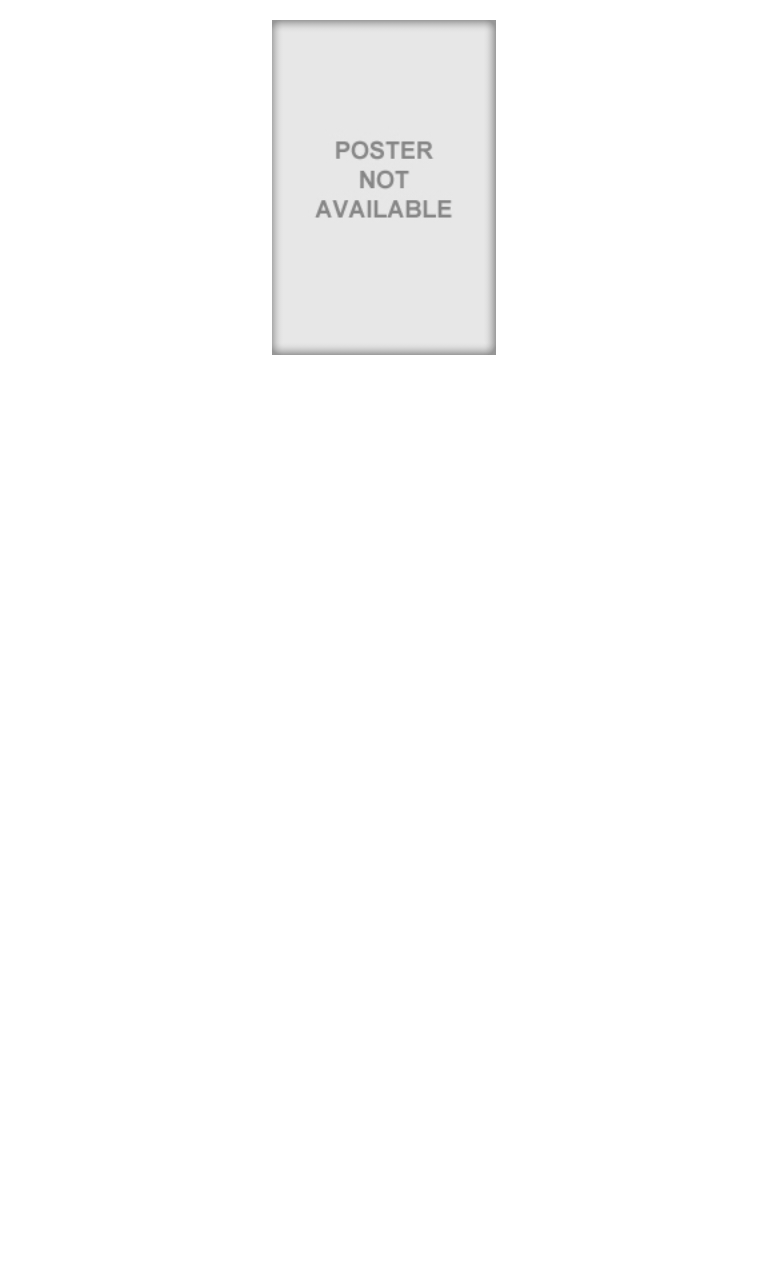
Repository: STracker/STrackerAndroid
Layout: STracker/res/layout/activity_tvshow.xml
These files come from the project's save history. The layout is drawn as it stood at one moment and after the next save; the edit follows.
It is drawn on a 768 x 1280 px phone screen (xhdpi) without system bars, with theme AppTheme; the app's code is not run.

Above is the layout before, as saved 2013-05-26 13:40:06.

### STracker/res/layout/activity_tvshow.xml
<?xml version="1.0" encoding="utf-8"?>
<LinearLayout xmlns:android="http://schemas.android.com/apk/res/android"
    android:layout_width="match_parent"
    android:layout_height="match_parent"
    android:orientation="vertical" >

    <ImageView
        android:id="@+id/imageView1"
        android:layout_width="wrap_content"
        android:layout_height="wrap_content"
        android:layout_gravity="center"
        android:layout_marginTop="10dp"
        android:contentDescription="@string/poster_desc"
        android:src="@drawable/img_no_poster" />

</LinearLayout>

### STracker/res/values/strings.xml
<?xml version="1.0" encoding="utf-8"?>
<resources>
    <string name="app_name">STracker</string>
    <string name="search_hint">Search Series</string>
	<string name="next_episode">Next Episodes</string>
	<string name="start_btn">Serie Request!</string>
	<string name="async_task">Serie Information</string>

	<!-- Information about TvShow -->
	<string name="serie_name">Name: </string>
	<string name="serie_desc">Description: </string>
	<string name="serie_runtime">Runtime: </string>
	<string name="serie_airday">Airday: </string>
	<string name="serie_genres">Genres: </string>
	<string name="serie_rating">Rating: </string>
	<string name="poster_desc">Poster</string>

	<!-- Menu Items -->
	<string name="action_profile">Profile</string>
	<string name="action_friends">Friends</string>
	<string name="action_series">Following</string>
	<string name="action_settings">Settings</string>
	<string name="action_search">Search</string>
	<string name="action_messages">Messages</string>
	<string name="subitem_search_by_name">Search by Name</string>
	<string name="subitem_search_by_genre">Search by Genre</string>
	<string name="subitem_search_friend">Search Friend</string>
</resources>

Loaded but not shown: STracker/res/values/styles.xml (common file); STracker/res/values-v11/styles.xml (common file); STracker/res/values-v14/styles.xml (common file)

After the next save:
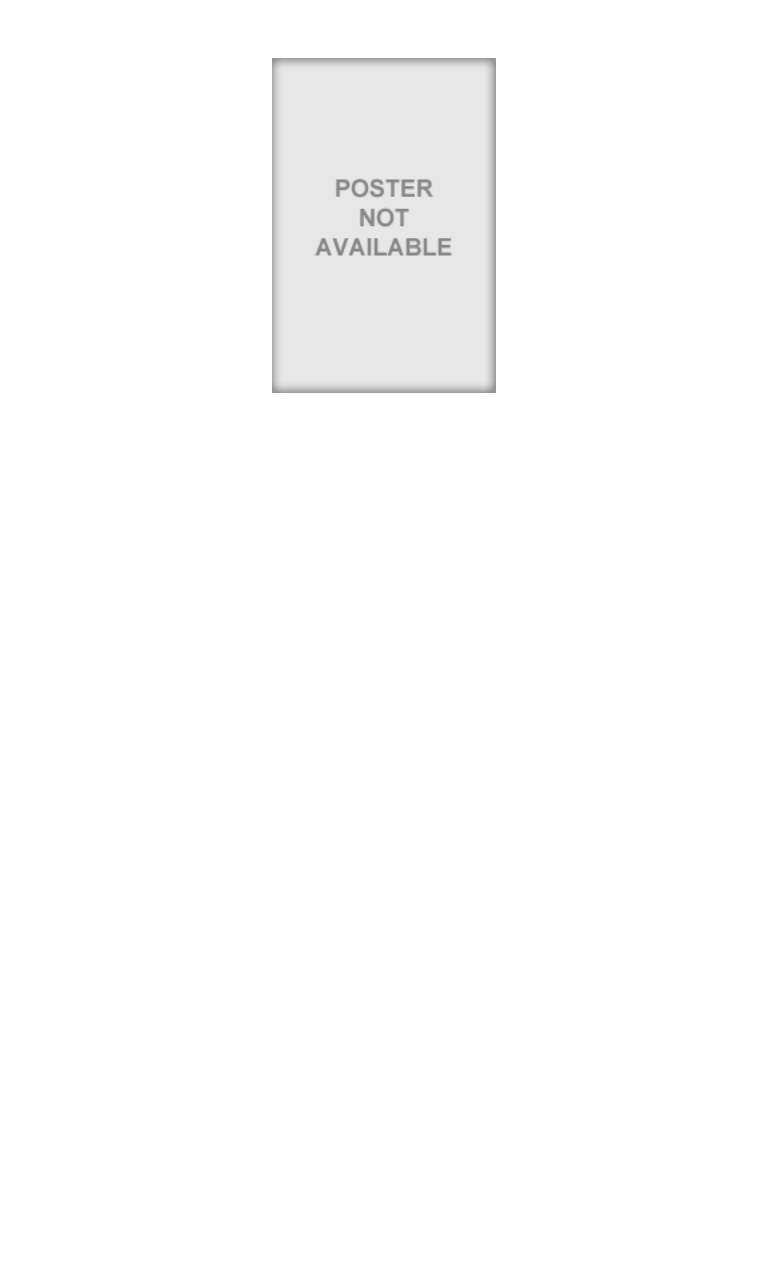
Saved 2 min 1 s later.
--- a/STracker/res/layout/activity_tvshow.xml
+++ b/STracker/res/layout/activity_tvshow.xml
@@ -4,8 +4,15 @@
     android:layout_height="match_parent"
     android:orientation="vertical" >
 
+    <TextView
+        android:id="@+id/title_id"
+        android:src="@string/serie_name"
+        android:layout_width="wrap_content"
+        android:layout_height="wrap_content"
+        />
+
     <ImageView
-        android:id="@+id/imageView1"
+        android:id="@+id/poster_id"
         android:layout_width="wrap_content"
         android:layout_height="wrap_content"
         android:layout_gravity="center"

After the 3 saves that followed:
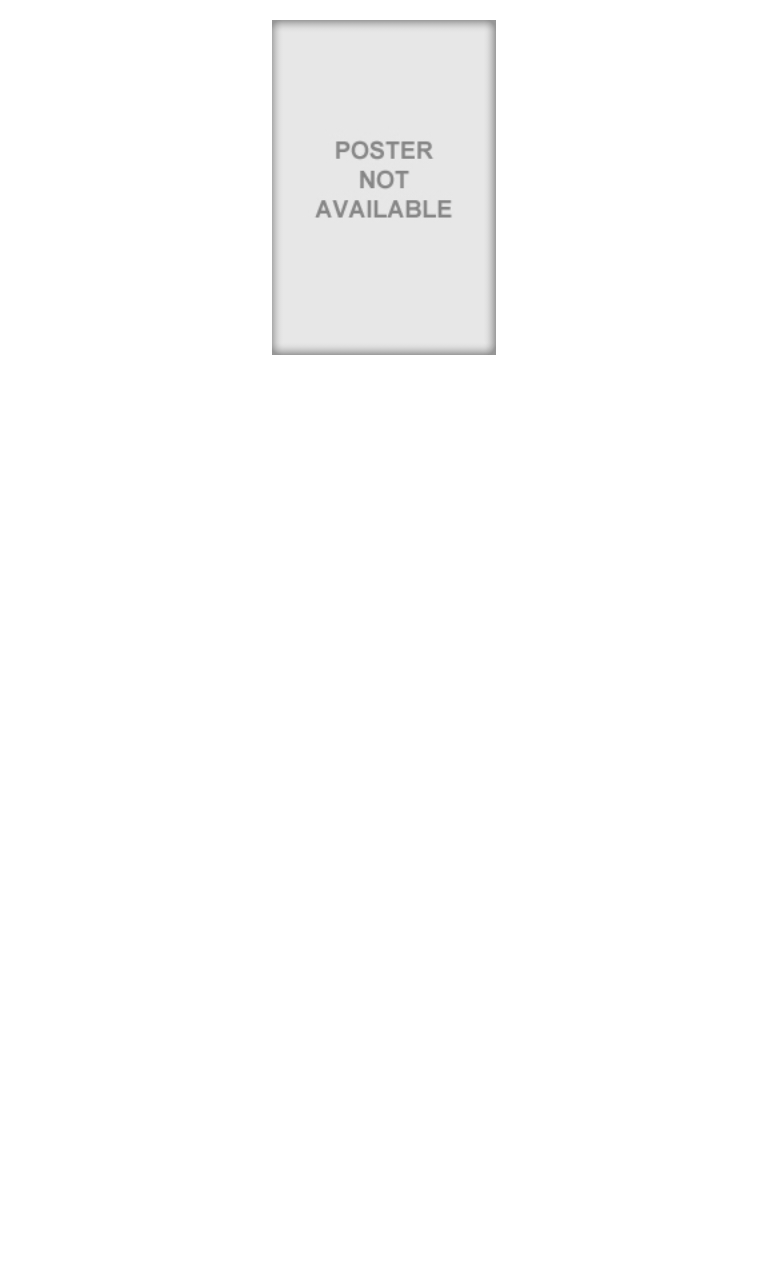
The 3 saves are shown as one change because 2 left the picture as it was.
The last was saved 113 s later.
--- a/STracker/res/layout/activity_tvshow.xml
+++ b/STracker/res/layout/activity_tvshow.xml
@@ -7,9 +7,7 @@
     <TextView
         android:id="@+id/title_id"
         android:src="@string/serie_name"
-        android:layout_width="wrap_content"
-        android:layout_height="wrap_content"
-        />
+        android:textIsSelectable="false" />
 
     <ImageView
         android:id="@+id/poster_id"
